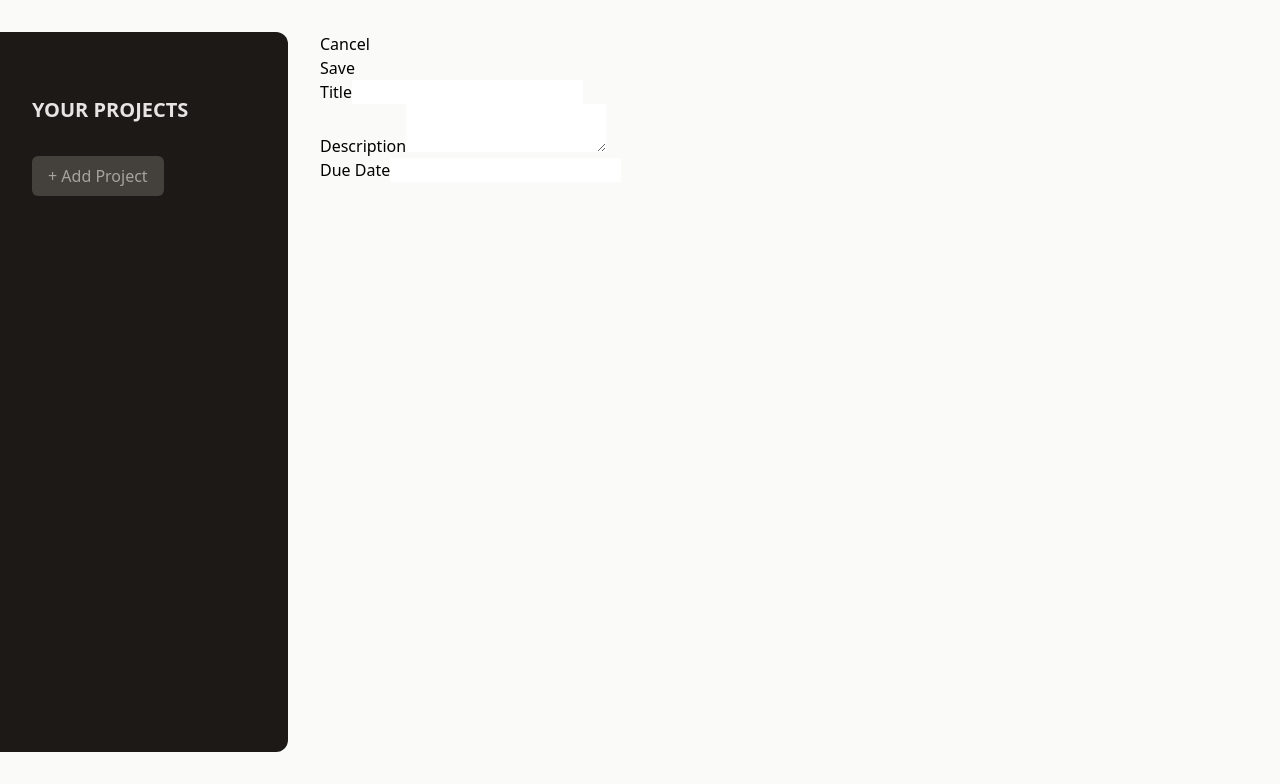
Repository: collyrium921/project-management
Page: /
The author's editor kept a copy of each file at every save. The page is drawn from the files as they stood at one save, then again after the next save.
The browser window is 1280 px wide. The pictures show the whole page.
The project was rebuilt for these pictures with package versions that can differ from the ones it lists, and the page was loaded fresh each time. Also part of the build but not shown: vite.config.js.

Above is the page before, as saved 2024-07-11 01:54:20.

After the next save:
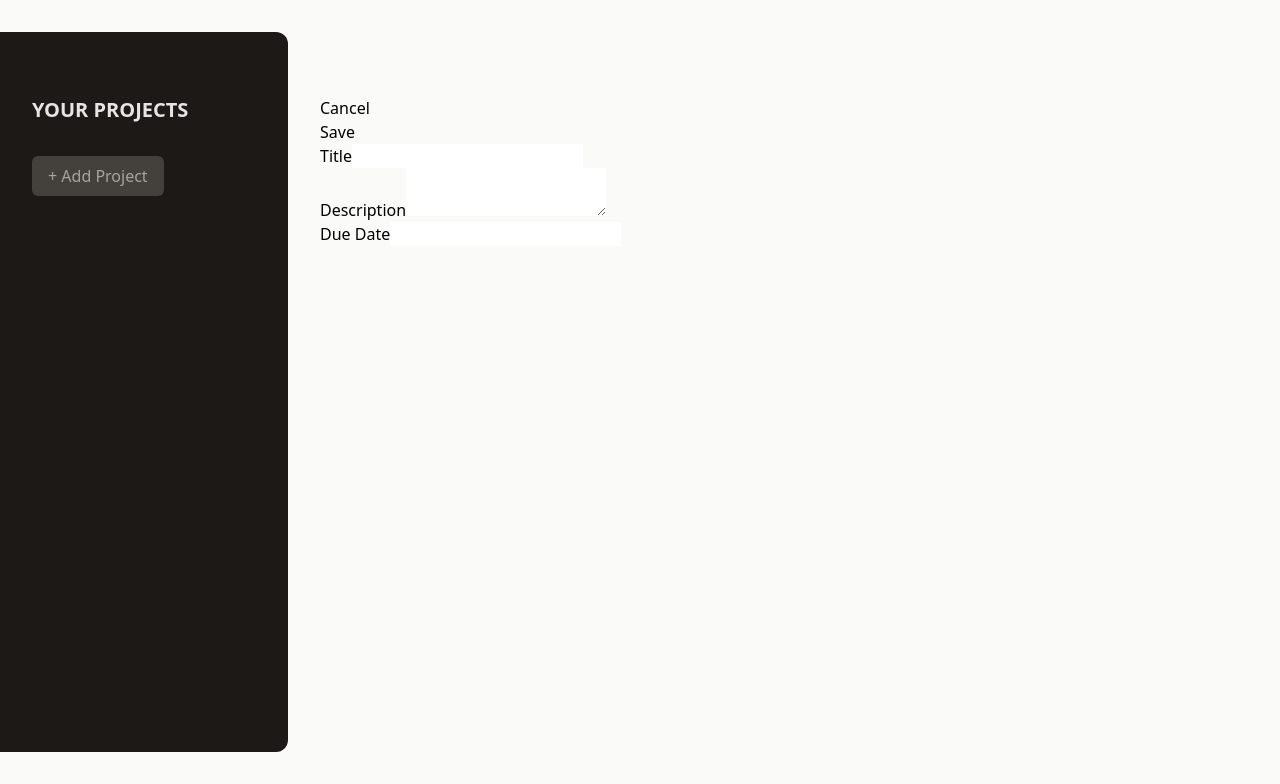
Saved 72 s later.
--- a/src/components/NewProject.jsx
+++ b/src/components/NewProject.jsx
@@ -2,7 +2,7 @@ import Input from "./Input";
 
 export default function NewProject() {
   return (
-    <div>
+    <div className="w-[35rem] mt-16">
       <menu>
         <li>
           <button>Cancel</button>
